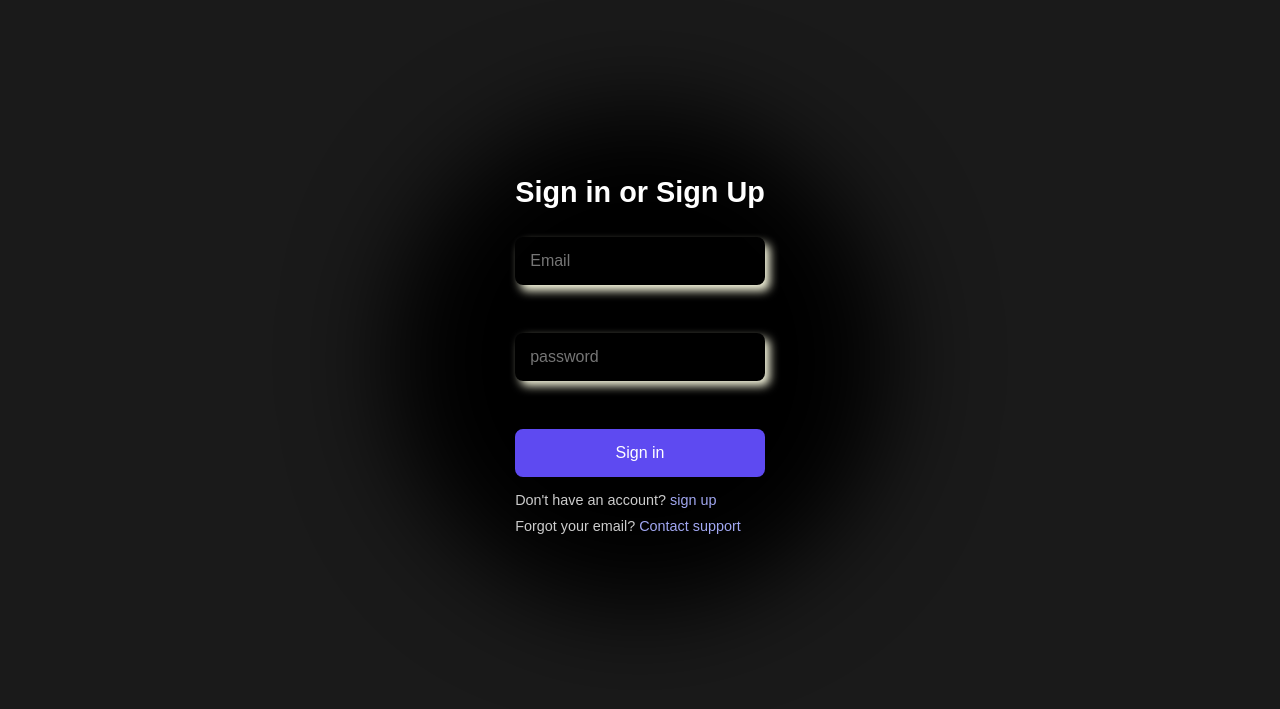
Repository: cmd-keyu/mobileppsh
Page: pages/login.html
An editor plug-in stored every save of this project. The page is shown before and after the next save, followed by the edit.
The browser window is 1280 px wide. The pictures show the whole page.

Above is the page before, as saved 2024-11-12 18:50:25.

After the next save:
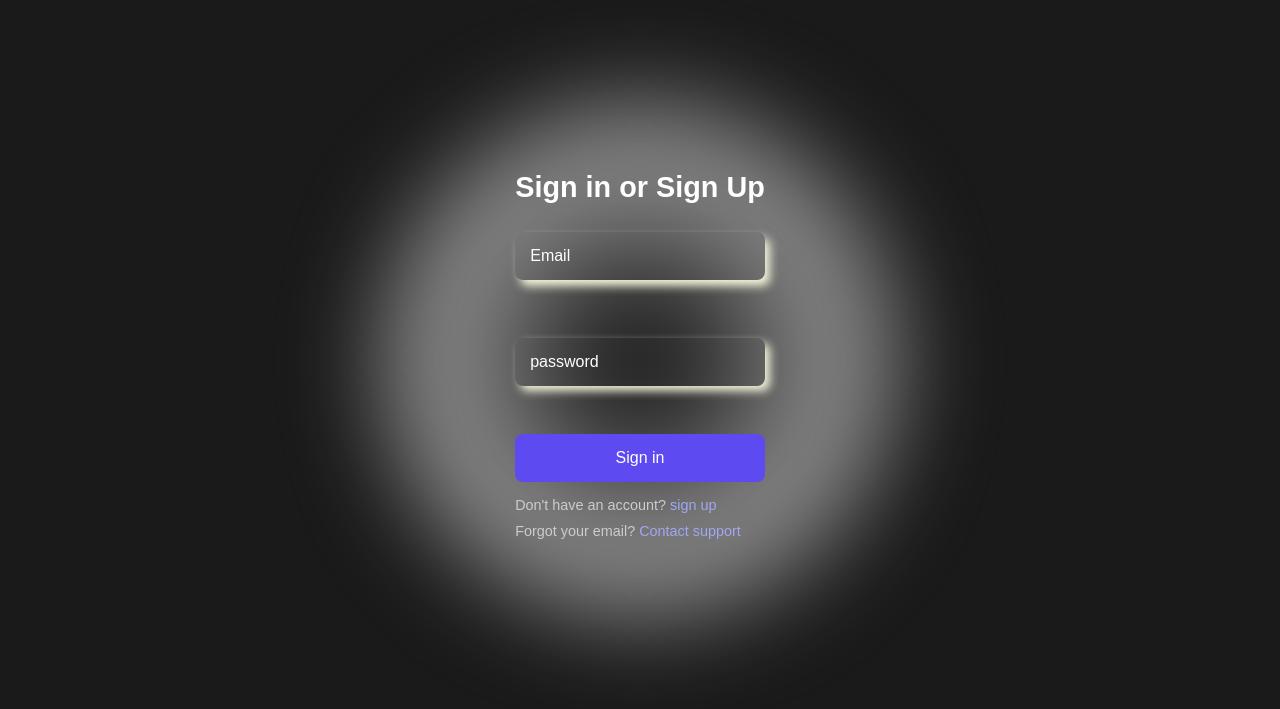
Saved 11 s later.
--- a/css/login.css
+++ b/css/login.css
@@ -27,7 +27,7 @@
     left: 50%;
     width: 500px;
     height: 500px;
-    background: radial-gradient(circle, black, black);
+    background: radial-gradient(circle, black, white);
     transform: translate(-50%, -50%);
     z-index: -1;
     border-radius: 50%;
@@ -56,6 +56,16 @@
     gap: 15px;
   }
 
+  input[type="password"]::placeholder{
+    color: white;
+  }
+  input[type="text"]::placeholder{
+    color: white;
+  }
+  input[type="email"]::placeholder{
+    color: white;
+  }
+
   input[type="email"] {
     padding: 15px;
     font-size: 1em;
@@ -64,7 +74,7 @@
     outline: none;
     width: 100%;
      box-shadow: 5px 6px 10px beige;
-     color: wheat;
+     color: white;
 
   }
   input[type="password"] {
@@ -75,8 +85,11 @@
     outline: none;
     width: 100%;
      box-shadow: 5px 5px 10px beige;
+     margin-top: 10px;
+     color: white;
 
   }
+
 
   input[type="text"] {
     padding: 15px;
@@ -86,6 +99,7 @@
     outline: none;
     width: 100%;
      box-shadow: 9px 9px 10px beige;
+     color: white;
 
   }
 
